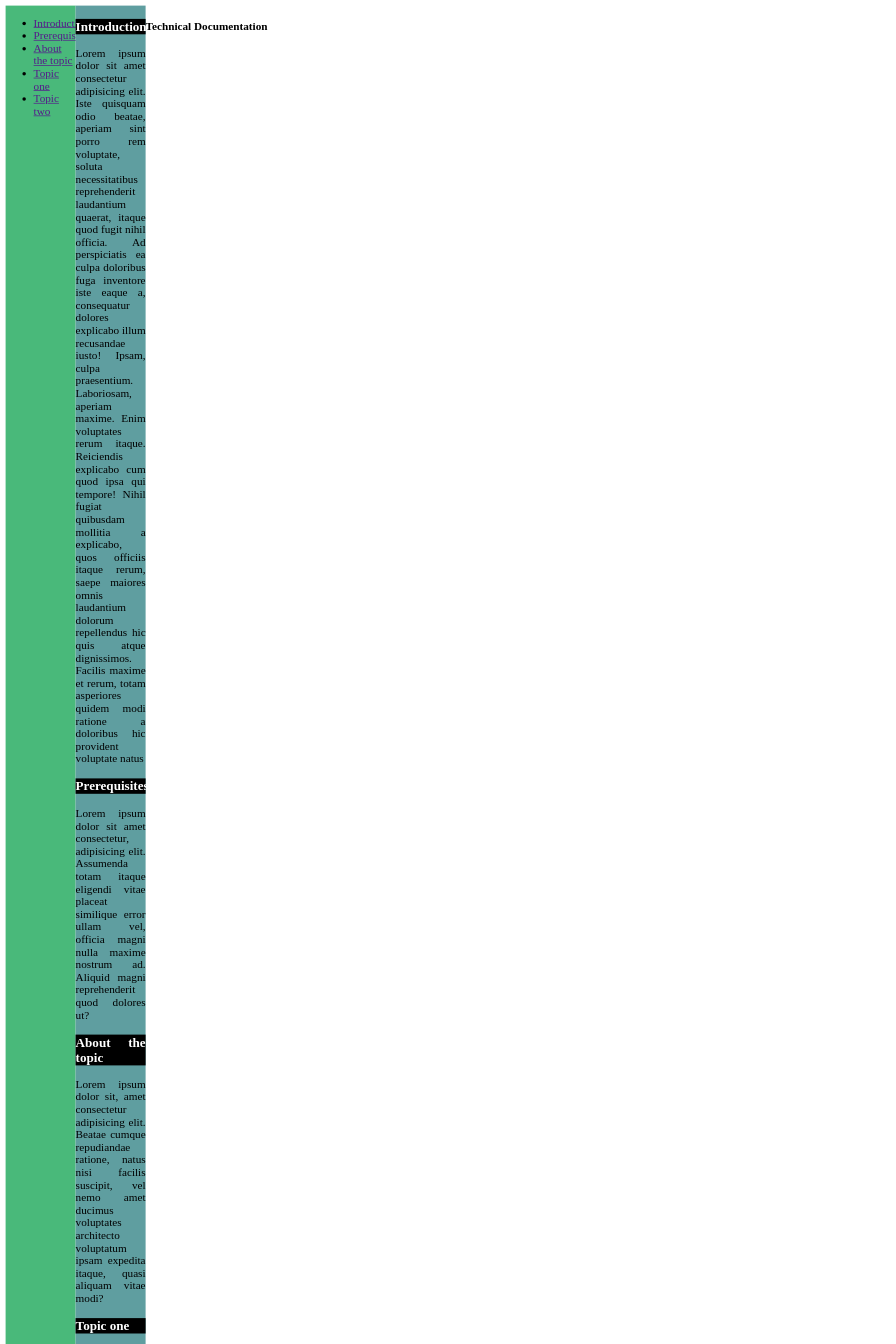
Repository: JoaoLemesDEV/Excercise-Tech-Documentation-Page
Page: index.html
These files come from the project's save history. The page is drawn as it stood at one moment and after a run of saves; the edit follows.
The browser window is 1280 px wide. The pictures show the part of the page from y = 0 to 1920 px (the page is 2637 px tall), at 70% of full size.

Above is the page before, as saved 2021-10-03 21:28:19.

After the next 2 saves:
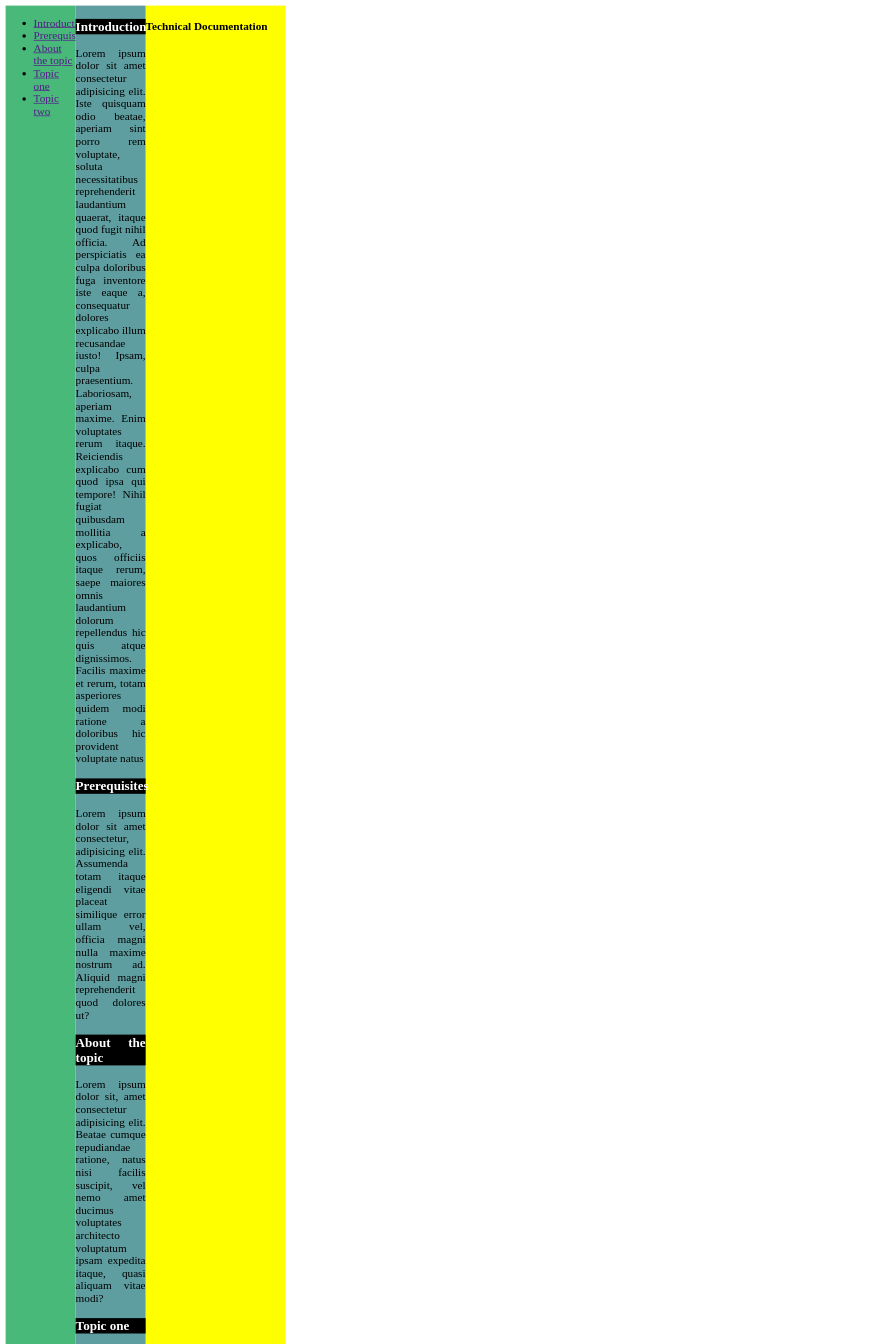
The 2 saves are shown as one change because they came seconds apart.
The last was saved 7 s later.
--- a/index.css
+++ b/index.css
@@ -5,7 +5,7 @@
 }
 
 header{
-
+  background-color: yellow;
 }
 
 aside{

After the 4 saves that followed:
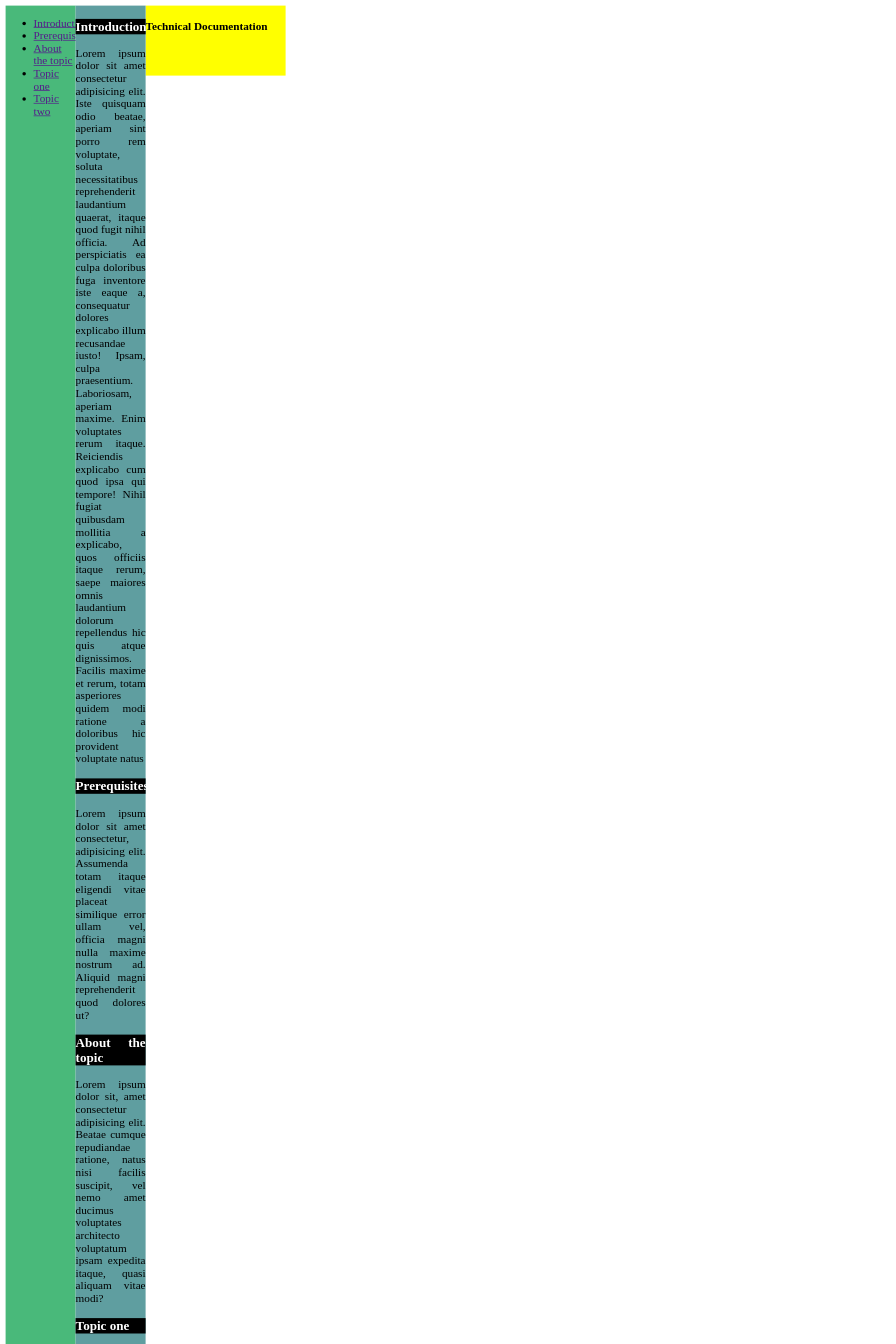
The 4 saves are shown as one change because they came seconds apart.
The last was saved 13 s later.
--- a/index.css
+++ b/index.css
@@ -6,6 +6,8 @@
 
 header{
   background-color: yellow;
+  height: 100px;
+
 }
 
 aside{
